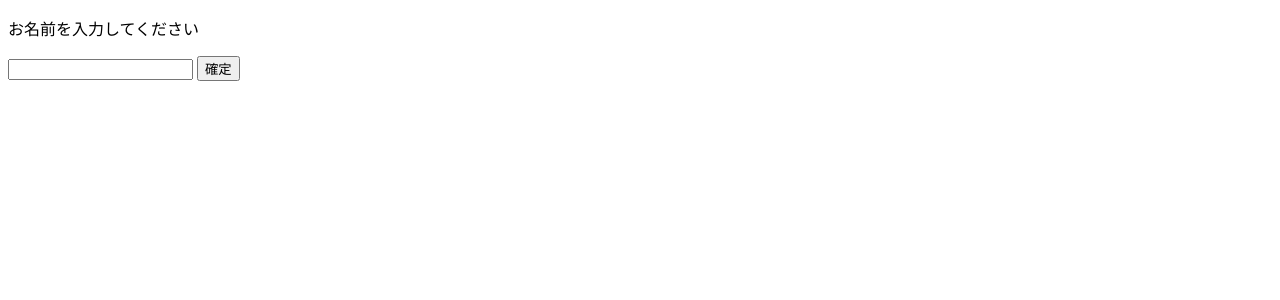
Repository: Zz313s/backup
Page: http://localhost/HelloJSP/
These files come from the project's save history. The page is drawn as it stood at one moment and after the next save; the edit follows.
The browser window is 1280 px wide. The pictures show the whole page.
The page is served by Tomcat 9.

Above is the page before, as saved 2017-11-17 11:25:41.

### saba/HelloJSP/WebContent/index.jsp
<%@ page language="java" contentType="text/html; charset=UTF-8"
    pageEncoding="UTF-8"%>
<!DOCTYPE html PUBLIC "-//W3C//DTD HTML 4.01 Transitional//EN" "http://www.w3.org/TR/html4/loose.dtd">
<html>
<head>
<meta http-equiv="Content-Type" content="text/html; charset=UTF-8">
<title>TEST</title>
</head>
<body>
<p>お名前を入力してください</p>
<form method="post" action="greeting-out.jsp">
<input type="text" name="user">
<input type="submit" value="確定">
</form>
</body>
</html>

After the next save:
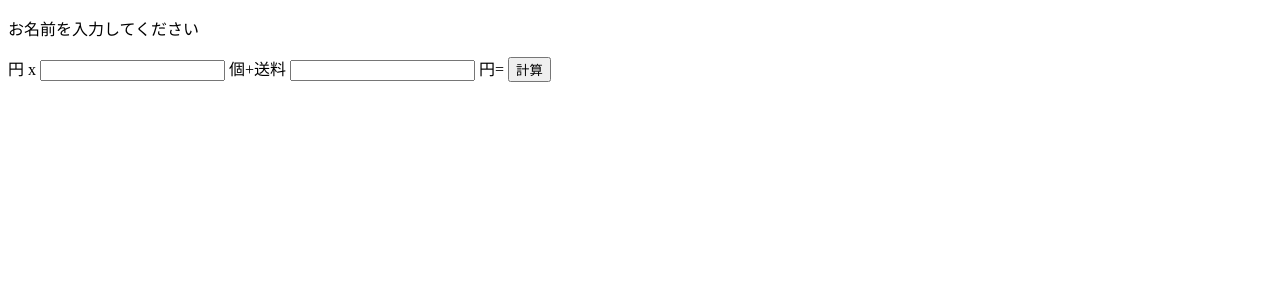
Saved 3 min 14 s later.
--- a/saba/HelloJSP/WebContent/index.jsp
+++ b/saba/HelloJSP/WebContent/index.jsp
@@ -8,9 +8,13 @@
 </head>
 <body>
 <p>お名前を入力してください</p>
-<form method="post" action="greeting-out.jsp">
-<input type="text" name="user">
-<input type="submit" value="確定">
+<form method="post" action="price">
+円 x
+<input type="text" name="count">
+個+送料
+<input type="text" name="deliver">
+円=
+<input type="submit" value="計算">
 </form>
 </body>
 </html>
